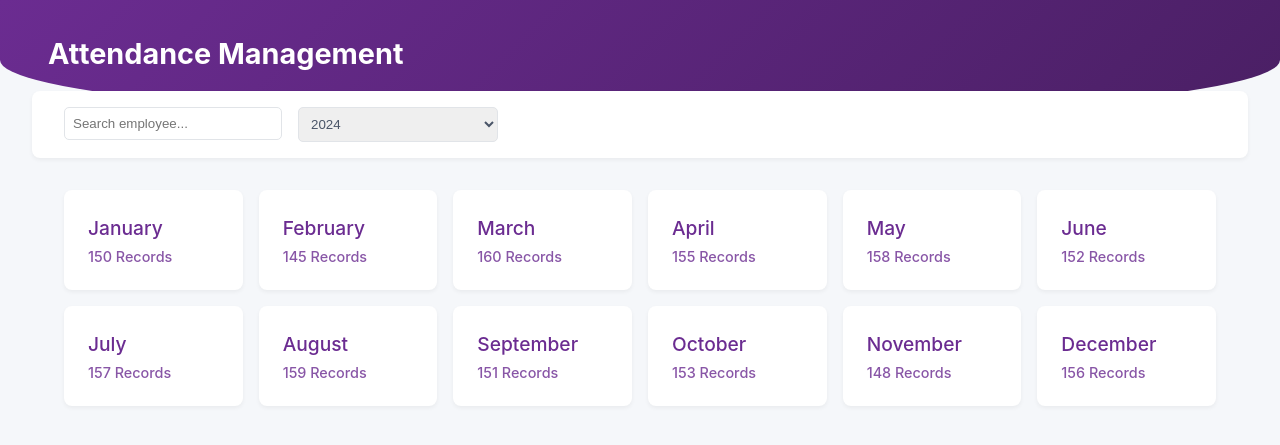
Repository: nino-pixel/payrolllatest
Page: /attendance (app in web_vue/)
These files come from the project's save history. The page is drawn as it stood at one moment and after the next save; the edit follows.
The browser window is 1280 px wide. The pictures show the whole page.
The project was rebuilt for these pictures with package versions that can differ from the ones it lists, and the page was loaded fresh each time. Also part of the build but not shown: web_vue/vite.config.js, web_vue/src/components/login_page.vue, web_vue/src/components/sign_up.vue, web_vue/src/components/dashboard.vue, web_vue/src/components/employee_management.vue, web_vue/src/components/generate_payroll.vue.

Above is the page before, as saved 2024-12-19 01:23:20.

After the next save:
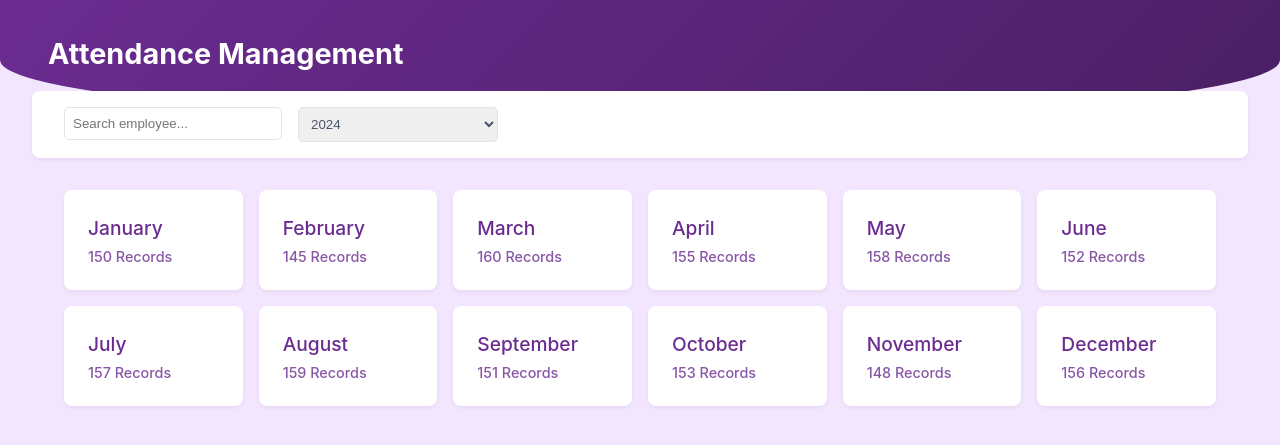
Saved 10 s later.
--- a/web_vue/src/components/attendance_management.vue
+++ b/web_vue/src/components/attendance_management.vue
@@ -290,12 +290,13 @@
   <style scoped>
 
   .attendance-container {
-    width: 100vw;
-    height: 100vh;
-    overflow: hidden;
-    background: #f5f7fa;
-    position: relative;
-  }
+  min-height: 100vh;
+  width: 100%;
+  padding: 0;
+  background: #f2e6ff;
+  position: relative;
+  overflow-x: hidden;
+}
 
   .wave-bg {
     position: absolute;
